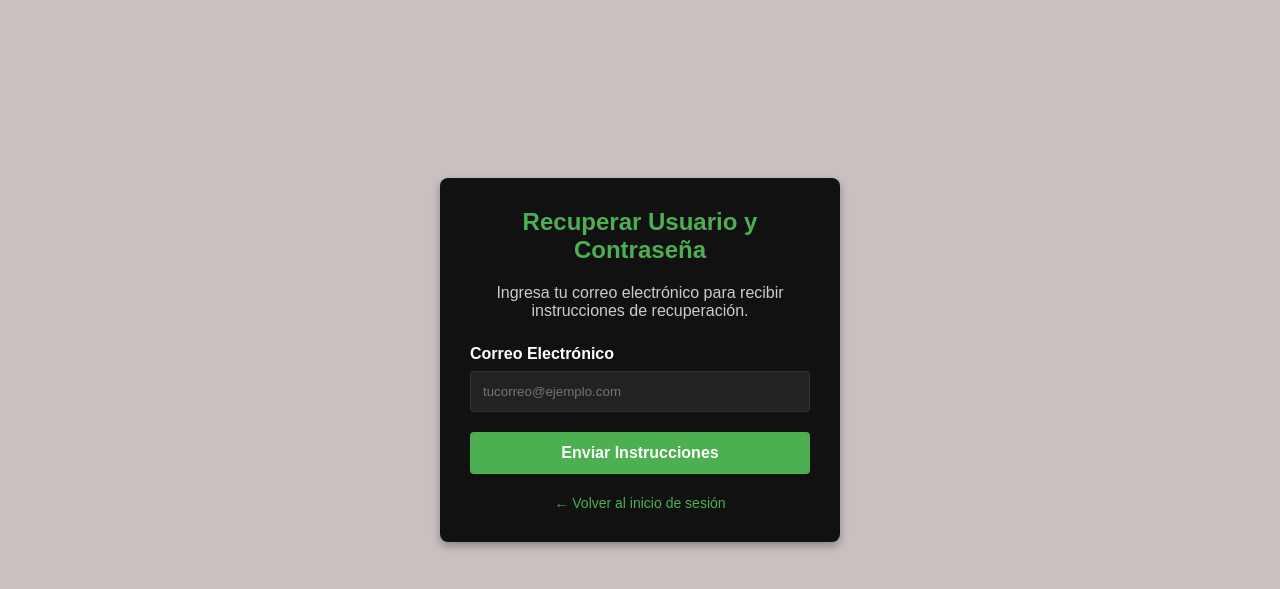
Repository: ye909/RAVPIP
Page: src/templei/recuperarCledenciales.html
The author's editor kept a copy of each file at every save. The page is drawn from the files as they stood at one save, then again after the next save.
The browser window is 1280 px wide. The pictures show the whole page.

Above is the page before, as saved 2025-04-13 09:34:52.

After the next save:
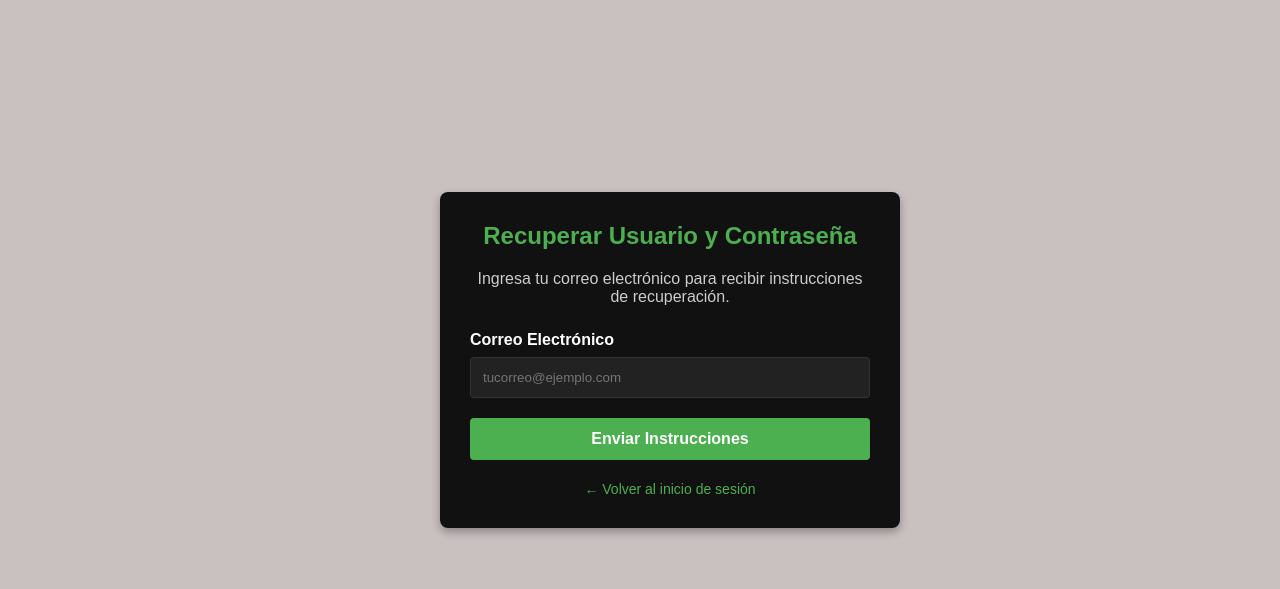
Saved 38 s later.
--- a/src/css/recuperarCledenciales.css
+++ b/src/css/recuperarCledenciales.css
@@ -9,9 +9,7 @@ body {
     align-items: center;
     height: 100vh;
 }
-.recoveryForm{
-    padding: 20px;
-}
+
 .recovery-container {
     width: 100%;
     max-width: 400px;
@@ -20,6 +18,7 @@ body {
 
 
 .recovery-box {
+    width: 100%;
     background-color: #111;
     padding: 30px;
     border-radius: 8px;
